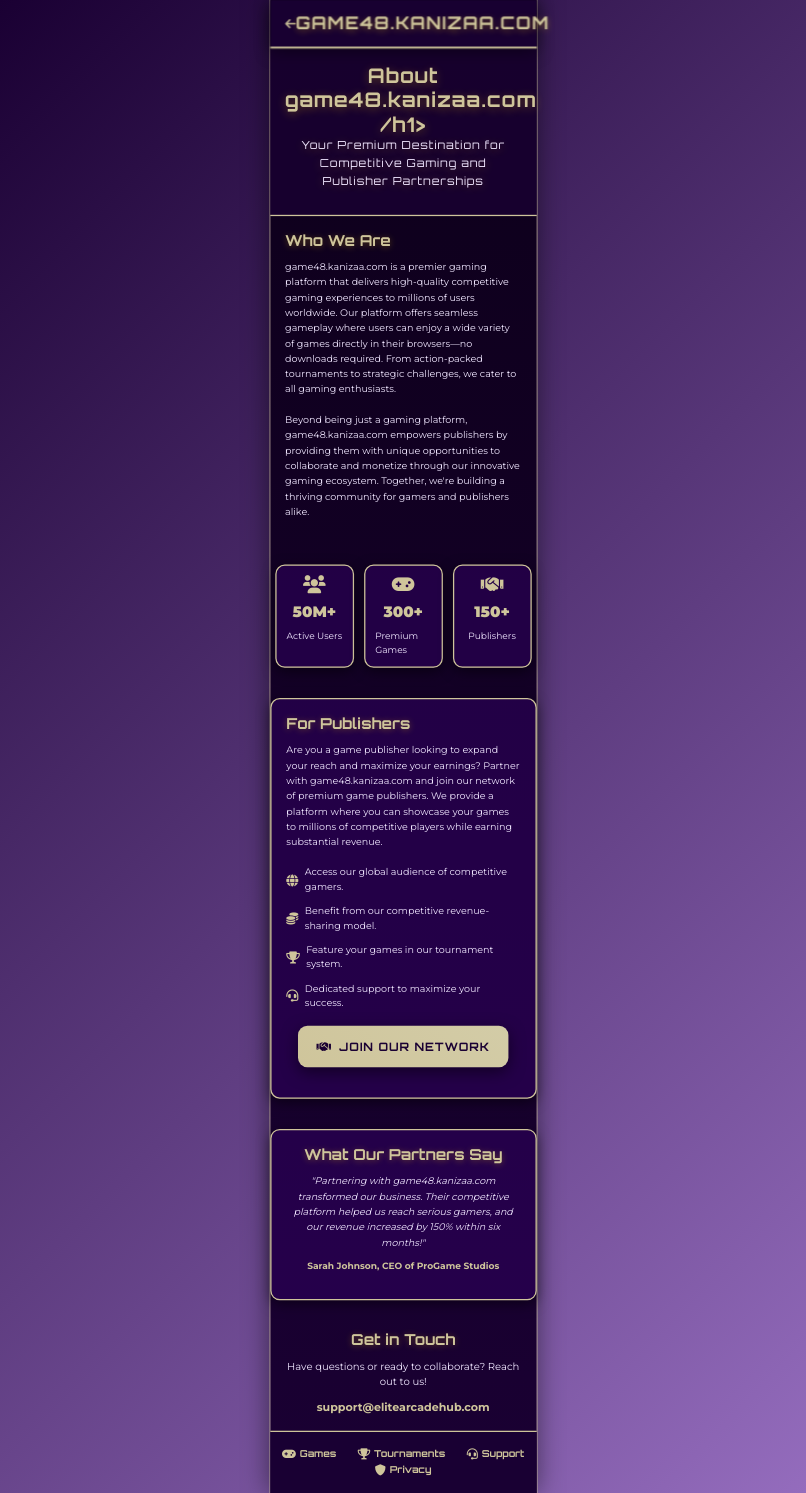
Repository: meenadabhii/game36.indianewjobs.in
Page: about.html
These files come from the project's save history. The page is drawn as it stood at one moment and after the next save; the edit follows.
The browser window is 1280 px wide. The pictures show the whole page, at 63% of full size.

Above is the page before, as saved 2025-09-24 13:50:31.

### about.html
<!DOCTYPE html>
<html lang="en">

<head>
  <meta charset="UTF-8">
  <meta name="viewport" content="width=device-width, initial-scale=1.0">
  <title>About Us -game48.kanizaa.com</title>
  <link href="https://cdn.jsdelivr.net/npm/bootstrap@5.3.0/dist/css/bootstrap.min.css" rel="stylesheet">
  <link rel="stylesheet" href="https://cdnjs.cloudflare.com/ajax/libs/font-awesome/6.0.0/css/all.min.css">
  <link
    href="https://fonts.googleapis.com/css2?family=Montserrat:wght@400;700;900&family=Orbitron:wght@400;700&display=swap"
    rel="stylesheet">


  <style>
    :root {
      --primary-dark: #1a0033;
      --primary-medium: #946cbd;
      --primary-light: #bf9fdf;
      --accent-gold: #cfc59b;
      --accent-light: #d3cca7;
      --text-light: #f0e6ff;
      --text-dark: #1a0033;
      --shadow-dark: rgba(0, 0, 0, 0.5);
      --shadow-light: rgba(255, 204, 0, 0.3);
    }

    body {
      background: linear-gradient(135deg, var(--primary-dark) 0%, var(--primary-medium) 100%);
      min-height: 100vh;
      display: flex;
      flex-direction: column;
      align-items: center;
      font-family: 'Montserrat', sans-serif;
      margin: 0;
      padding: 0;
      width: 100%;
      overflow-x: hidden;
      color: var(--text-light);
    }

    .page-wrapper {
      width: 100%;
      max-width: 425px;
      margin: 0 auto;
      background: linear-gradient(180deg, #0d001a 0%, #1a0033 100%);
      min-height: 100vh;
      display: flex;
      flex-direction: column;
      align-items: center;
      box-shadow: 0 0 40px var(--shadow-dark);
      border-left: 1px solid var(--accent-gold);
      border-right: 1px solid var(--accent-gold);
    }

    .header {
      background: rgba(26, 0, 51, 0.95);
      backdrop-filter: blur(15px);
      width: 100%;
      padding: 1rem 0;
      box-shadow: 0 5px 25px var(--shadow-dark);
      position: sticky;
      top: 0;
      z-index: 1000;
      display: flex;
      justify-content: center;
      border-bottom: 3px solid var(--accent-gold);
    }

    .header-content {
      width: 100%;
      max-width: 425px;
      margin: 0 auto;
      display: flex;
      align-items: center;
      justify-content: space-between;
      padding: 0 1.5rem;
    }

    .logo {
      font-size: 1.75rem;
      font-weight: 900;
      color: var(--accent-gold);
      text-decoration: none;
      text-transform: uppercase;
      letter-spacing: 2px;
      text-shadow: 0 2px 10px var(--shadow-light);
      transition: all 0.3s ease;
      font-family: 'Orbitron', sans-serif;
    }

    .logo:hover {
      color: var(--accent-light);
      text-shadow: 0 4px 20px var(--shadow-light);
    }

    .logo img {
      height: 50px;
      width: auto;
      display: block;
    }

    .back-btn {
      font-size: 1.2rem;
      color: var(--accent-gold);
      text-decoration: none;
      transition: all 0.3s ease;
    }

    .back-btn:hover {
      color: var(--accent-light);
      transform: translateX(-3px);
    }

    #banner-ad {
      width: 100%;
      max-width: 425px;
      margin: 0.5rem auto;
      padding: 0.5rem;
      background: rgba(51, 0, 102, 0.7);
      box-shadow: 0 4px 15px var(--shadow-dark);
      border-radius: 8px;
      position: relative;
      text-align: center;
      border: 1px solid var(--accent-gold);
    }

    #banner-ad::before {
      content: "Advertisement";
      position: absolute;
      top: 2px;
      left: 50%;
      transform: translateX(-50%);
      font-size: 0.7rem;
      font-weight: 500;
      color: var(--accent-gold);
      background: var(--primary-dark);
      padding: 0 8px;
      border-radius: 4px;
      border: 1px solid var(--accent-gold);
    }

    .about-hero {
      width: 100%;
      max-width: 425px;
      padding: 1.5rem;
      text-align: center;
      background: rgba(26, 0, 51, 0.8);
      border-bottom: 2px solid var(--accent-gold);
    }

    .hero-title {
      font-size: 2rem;
      font-weight: 900;
      color: var(--accent-gold);
      margin-bottom: 1rem;
      text-shadow: 0 3px 15px var(--shadow-light);
      letter-spacing: 1.5px;
      font-family: 'Orbitron', sans-serif;
    }

    .hero-tagline {
      font-size: 1.1rem;
      font-weight: 500;
      color: var(--text-light);
      line-height: 1.6;
    }

    .about-section {
      width: 100%;
      max-width: 425px;
      padding: 1.5rem;
    }

    .section-title {
      font-size: 1.5rem;
      font-weight: 900;
      color: var(--accent-gold);
      margin-bottom: 1rem;
      text-shadow: 0 2px 10px var(--shadow-light);
      font-family: 'Orbitron', sans-serif;
    }

    .section-text {
      font-size: 0.95rem;
      color: var(--text-light);
      line-height: 1.6;
      margin-bottom: 1.5rem;
    }

    .stats-grid {
      width: 100%;
      display: flex;
      flex-direction: column;
      gap: 1rem;
      margin: 1.5rem 0;
      padding: 0 0.5rem;
      box-sizing: border-box;
    }

    @media (min-width: 768px) {
      .stats-grid {
        display: grid;
        grid-template-columns: repeat(3, 1fr);
      }
    }

    .stat-item {
      background: rgba(51, 0, 102, 0.5);
      padding: 1rem;
      border-radius: 15px;
      display: flex;
      flex-direction: column;
      align-items: center;
      gap: 10px;
      color: var(--text-light);
      font-size: 0.95rem;
      font-weight: 700;
      transition: all 0.3s ease;
      box-shadow: 0 6px 20px var(--shadow-dark);
      border: 2px solid var(--accent-gold);
    }

    .stat-item:hover {
      transform: translateY(-5px);
      box-shadow: 0 10px 30px var(--shadow-light);
      background: rgba(51, 0, 102, 0.8);
    }

    .stat-item i {
      font-size: 1.8rem;
      color: var(--accent-gold);
    }

    .stat-item .stat-number {
      font-size: 1.5rem;
      font-weight: 900;
      color: var(--accent-gold);
    }

    .stat-item .stat-label {
      font-size: 0.9rem;
      font-weight: 500;
      color: var(--text-light);
    }

    .publisher-benefits {
      width: 100%;
      max-width: 425px;
      padding: 1.5rem;
      background: rgba(51, 0, 102, 0.5);
      border-radius: 15px;
      margin: 1.5rem 0;
      box-shadow: 0 6px 20px var(--shadow-dark);
      border: 2px solid var(--accent-gold);
    }

    .benefit-item {
      display: flex;
      align-items: center;
      gap: 10px;
      margin-bottom: 1rem;
      font-size: 0.95rem;
      color: var(--text-light);
      font-weight: 500;
      transition: transform 0.3s ease;
    }

    .benefit-item:hover {
      transform: translateX(5px);
      color: var(--accent-gold);
    }

    .benefit-item i {
      font-size: 1.2rem;
      color: var(--accent-gold);
    }

    .cta-button {
      width: 90%;
      padding: 1.2rem;
      border-radius: 15px;
      font-weight: 700;
      border: none;
      font-size: 1.15rem;
      transition: all 0.3s ease;
      display: flex;
      align-items: center;
      justify-content: center;
      gap: 12px;
      cursor: pointer;
      margin: 1.5rem auto;
      color: var(--text-dark);
      box-shadow: 0 8px 25px var(--shadow-dark);
      text-transform: uppercase;
      letter-spacing: 1.5px;
      position: relative;
      overflow: hidden;
      background: linear-gradient(45deg, var(--accent-gold), var(--accent-light));
      font-family: 'Orbitron', sans-serif;
    }

    .cta-button:hover {
      transform: translateY(-5px);
      box-shadow: 0 12px 35px var(--shadow-light);
      background: linear-gradient(45deg, var(--accent-light), #ffee99);
    }

    .cta-button::before {
      content: '';
      position: absolute;
      top: 50%;
      left: 50%;
      width: 0;
      height: 0;
      background: rgba(255, 255, 255, 0.3);
      border-radius: 50%;
      transform: translate(-50%, -50%);
      transition: width 0.5s ease, height 0.5s ease;
    }

    .cta-button:hover::before {
      width: 300px;
      height: 300px;
    }

    .testimonial-section {
      width: 100%;
      max-width: 425px;
      padding: 1.5rem;
      background: rgba(51, 0, 102, 0.5);
      border-radius: 15px;
      margin: 1.5rem 0;
      box-shadow: 0 6px 20px var(--shadow-dark);
      text-align: center;
      border: 2px solid var(--accent-gold);
    }

    .testimonial-text {
      font-size: 0.95rem;
      font-style: italic;
      color: var(--text-light);
      line-height: 1.6;
      margin-bottom: 1rem;
    }

    .testimonial-author {
      font-size: 0.9rem;
      font-weight: 700;
      color: var(--accent-gold);
    }

    .contact-section {
      width: 100%;
      max-width: 425px;
      padding: 1.5rem;
      text-align: center;
    }

    .contact-text {
      font-size: 1rem;
      color: var(--text-light);
      margin-bottom: 1rem;
    }

    .contact-email {
      font-size: 1.1rem;
      font-weight: 700;
      color: var(--accent-gold);
      text-decoration: none;
      transition: all 0.3s ease;
    }

    .contact-email:hover {
      color: var(--accent-light);
      text-shadow: 0 0 10px var(--shadow-light);
    }

    .footer-links {
      width: 100%;
      text-align: center;
      padding: 1.5rem 0;
      border-top: 2px solid var(--accent-gold);
      margin-top: auto;
      background: rgba(26, 0, 51, 0.95);
    }

    .footer-links a {
      color: var(--accent-gold);
      text-decoration: none;
      margin: 0 15px;
      font-size: 0.95rem;
      transition: all 0.3s ease;
      display: inline-flex;
      align-items: center;
      gap: 6px;
      font-weight: 700;
      font-family: 'Orbitron', sans-serif;
    }

    .footer-links a:hover {
      color: var(--accent-light);
      transform: translateY(-3px);
      text-shadow: 0 0 10px var(--shadow-light);
    }

    .footer-links a i {
      font-size: 1.1rem;
    }
  </style>
</head>

<body oncontextmenu="return false" onkeydown="return disableKeys(event)" onselectstart="return false">
  <!-- Copyright Notice -->
  <script>
    console.log("© 2025 game48.kanizaa.com  All rights reserved.");
  </script>

  <div class="page-wrapper">
    <!-- Header -->
    <header class="header">
      <div class="header-content">
        <a href="javascript:history.back()" class="back-btn"><i class="fas fa-arrow-left"></i></a>
        <a href="game.html" class="logo">
          game48.kanizaa.com
        </a>
        <div style="width: 24px;"></div> <!-- Spacer for alignment -->
      </div>
    </header>

    <!-- Banner Ad -->
    <script async src="https://pagead2.googlesyndication.com/pagead/js/adsbygoogle.js?client=ca-pub-2975369621338818"
      crossorigin="anonymous"></script>
    <!-- d7 -->
    <ins class="adsbygoogle" style="display:block" data-ad-client="ca-pub-2975369621338818" data-ad-slot="6830065714"
      data-ad-format="auto" data-full-width-responsive="true"></ins>
    <script>
      (adsbygoogle = window.adsbygoogle || []).push({});
    </script>


    <!-- Hero Section -->
    <div class="about-hero">
      <h1 class="hero-title">About game48.kanizaa.com /h1>
        <p class="hero-tagline">Your Premium Destination for Competitive Gaming and Publisher Partnerships</p>
    </div>

    <!-- About game48.kanizaa.com Section -->
    <div class="about-section">
      <h2 class="section-title">Who We Are</h2>
      <p class="section-text">
        game48.kanizaa.com is a premier gaming platform that delivers high-quality competitive gaming experiences to
        millions of
        users worldwide. Our platform offers seamless gameplay where users can enjoy a wide variety of games directly in
        their browsers—no downloads required. From action-packed tournaments to strategic challenges, we cater to all
        gaming enthusiasts.
      </p>
      <p class="section-text">
        Beyond being just a gaming platform, game48.kanizaa.com empowers publishers by providing them with unique
        opportunities to
        collaborate and monetize through our innovative gaming ecosystem. Together, we're building a thriving community
        for gamers and publishers alike.
      </p>
    </div>

    <script async src="https://pagead2.googlesyndication.com/pagead/js/adsbygoogle.js?client=ca-pub-2975369621338818"
      crossorigin="anonymous"></script>
    <!-- d10 -->
    <ins class="adsbygoogle" style="display:block" data-ad-client="ca-pub-2975369621338818" data-ad-slot="4012330680"
      data-ad-format="auto" data-full-width-responsive="true"></ins>
    <script>
      (adsbygoogle = window.adsbygoogle || []).push({});
    </script>

    <!-- Stats Section -->
    <div class="stats-grid">
      <div class="stat-item">
        <i class="fas fa-users"></i>
        <div class="stat-number">50M+</div>
        <div class="stat-label">Active Users</div>
      </div>
      <div class="stat-item">
        <i class="fas fa-gamepad"></i>
        <div class="stat-number">300+</div>
        <div class="stat-label">Premium Games</div>
      </div>
      <div class="stat-item">
        <i class="fas fa-handshake"></i>
        <div class="stat-number">150+</div>
        <div class="stat-label">Publishers</div>
      </div>
    </div>

    <!-- For Publishers Section -->
    <div class="publisher-benefits">
      <h2 class="section-title">For Publishers</h2>
      <p class="section-text">
        Are you a game publisher looking to expand your reach and maximize your earnings? Partner with
        game48.kanizaa.com and join
        our network of premium game publishers. We provide a platform where you can showcase your games to millions of
        competitive players while earning substantial revenue.
      </p>
      <div class="benefit-item">
        <i class="fas fa-globe"></i>
        <span>Access our global audience of competitive gamers.</span>
      </div>
      <div class="benefit-item">
        <i class="fas fa-coins"></i>
        <span>Benefit from our competitive revenue-sharing model.</span>
      </div>
      <div class="benefit-item">
        <i class="fas fa-trophy"></i>
        <span>Feature your games in our tournament system.</span>
      </div>
      <div class="benefit-item">
        <i class="fas fa-headset"></i>
        <span>Dedicated support to maximize your success.</span>
      </div>
      <button class="cta-button" onclick="window.location.href='mailto:support@elitearcadehub.com'">
        <i class="fas fa-handshake"></i> Join Our Network
      </button>
    </div>

    <!-- Testimonial Section -->
    <div class="testimonial-section">
      <h2 class="section-title">What Our Partners Say</h2>
      <p class="testimonial-text">
        "Partnering with game48.kanizaa.com transformed our business. Their competitive platform helped us reach serious
        gamers,
        and our revenue increased by 150% within six months!"
      </p>
      <p class="testimonial-author">Sarah Johnson, CEO of ProGame Studios</p>
    </div>

    <!-- Contact Section -->
    <div class="contact-section">
      <h2 class="section-title">Get in Touch</h2>
      <p class="contact-text">Have questions or ready to collaborate? Reach out to us!</p>
      <a href="mailto:support@elitearcadehub.com" class="contact-email">support@elitearcadehub.com</a>
    </div>

    <!-- Footer -->
    <div class="footer-links">
      <a href="game.html"><i class="fas fa-gamepad"></i> Games</a>
      <a href="tournaments.html"><i class="fas fa-trophy"></i> Tournaments</a>
      <a href="support.html"><i class="fas fa-headset"></i> Support</a>
      <a href="privacy.html"><i class="fas fa-shield-alt"></i> Privacy</a>
    </div>
  </div>

  <!-- Scripts -->
  <script src="https://cdn.jsdelivr.net/npm/bootstrap@5.3.0/dist/js/bootstrap.bundle.min.js"></script>
  <script>
    // Disable right-click
    document.addEventListener('contextmenu', function (e) {
      e.preventDefault();
      alert('Right-click is disabled to protect our content.');
    });

    // Disable keyboard shortcuts (Ctrl+U, Ctrl+Shift+I, F12, etc.)
    function disableKeys(e) {
      if (
        (e.ctrlKey && (e.key === 'u' || e.key === 's' || e.key === 'c' || e.key === 'i' || e.key === 'j')) ||
        e.key === 'F12' ||
        (e.metaKey && e.altKey && e.key === 'i')
      ) {
        e.preventDefault();
        alert('Access to developer tools and source code is disabled to protect our content.');
        return false;
      }
      return true;
    }

    // Disable text selection
    document.addEventListener('selectstart', function (e) {
      e.preventDefault();
    });

    // Disable drag and drop
    document.addEventListener('dragstart', function (e) {
      e.preventDefault();
    });
  </script>
</body>

</html>

After the next save:
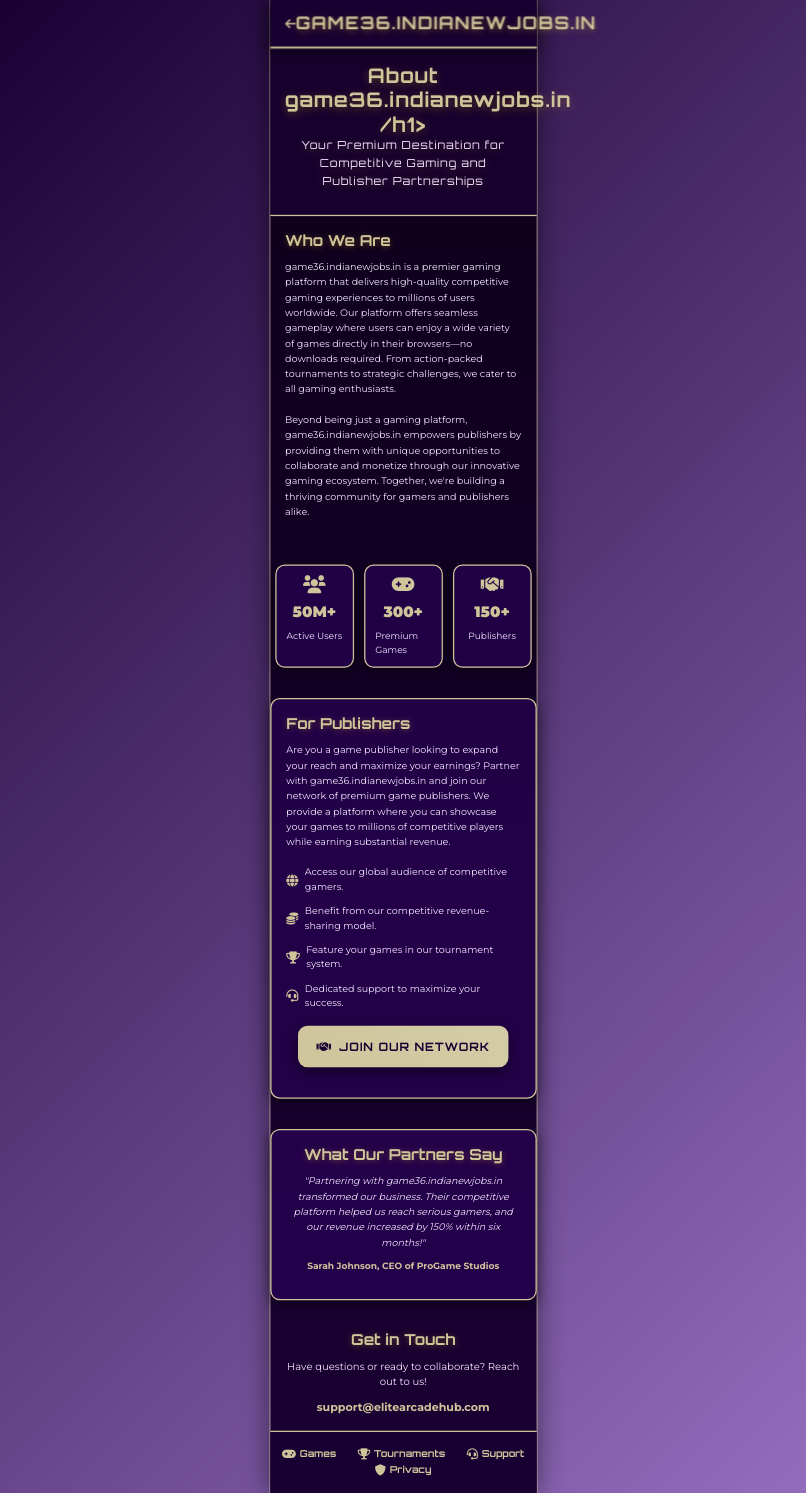
Saved 10 s later.
--- a/about.html
+++ b/about.html
@@ -4,7 +4,7 @@
 <head>
   <meta charset="UTF-8">
   <meta name="viewport" content="width=device-width, initial-scale=1.0">
-  <title>About Us -game48.kanizaa.com</title>
+  <title>About Us -game36.indianewjobs.in</title>
   <link href="https://cdn.jsdelivr.net/npm/bootstrap@5.3.0/dist/css/bootstrap.min.css" rel="stylesheet">
   <link rel="stylesheet" href="https://cdnjs.cloudflare.com/ajax/libs/font-awesome/6.0.0/css/all.min.css">
   <link
@@ -413,7 +413,7 @@
 <body oncontextmenu="return false" onkeydown="return disableKeys(event)" onselectstart="return false">
   <!-- Copyright Notice -->
   <script>
-    console.log("© 2025 game48.kanizaa.com  All rights reserved.");
+    console.log("© 2025 game36.indianewjobs.in  All rights reserved.");
   </script>
 
   <div class="page-wrapper">
@@ -422,7 +422,7 @@
       <div class="header-content">
         <a href="javascript:history.back()" class="back-btn"><i class="fas fa-arrow-left"></i></a>
         <a href="game.html" class="logo">
-          game48.kanizaa.com
+          game36.indianewjobs.in
         </a>
         <div style="width: 24px;"></div> <!-- Spacer for alignment -->
       </div>
@@ -441,22 +441,22 @@
 
     <!-- Hero Section -->
     <div class="about-hero">
-      <h1 class="hero-title">About game48.kanizaa.com /h1>
+      <h1 class="hero-title">About game36.indianewjobs.in /h1>
         <p class="hero-tagline">Your Premium Destination for Competitive Gaming and Publisher Partnerships</p>
     </div>
 
-    <!-- About game48.kanizaa.com Section -->
+    <!-- About game36.indianewjobs.in Section -->
     <div class="about-section">
       <h2 class="section-title">Who We Are</h2>
       <p class="section-text">
-        game48.kanizaa.com is a premier gaming platform that delivers high-quality competitive gaming experiences to
+        game36.indianewjobs.in is a premier gaming platform that delivers high-quality competitive gaming experiences to
         millions of
         users worldwide. Our platform offers seamless gameplay where users can enjoy a wide variety of games directly in
         their browsers—no downloads required. From action-packed tournaments to strategic challenges, we cater to all
         gaming enthusiasts.
       </p>
       <p class="section-text">
-        Beyond being just a gaming platform, game48.kanizaa.com empowers publishers by providing them with unique
+        Beyond being just a gaming platform, game36.indianewjobs.in empowers publishers by providing them with unique
         opportunities to
         collaborate and monetize through our innovative gaming ecosystem. Together, we're building a thriving community
         for gamers and publishers alike.
@@ -496,7 +496,7 @@
       <h2 class="section-title">For Publishers</h2>
       <p class="section-text">
         Are you a game publisher looking to expand your reach and maximize your earnings? Partner with
-        game48.kanizaa.com and join
+        game36.indianewjobs.in and join
         our network of premium game publishers. We provide a platform where you can showcase your games to millions of
         competitive players while earning substantial revenue.
       </p>
@@ -525,7 +525,7 @@
     <div class="testimonial-section">
       <h2 class="section-title">What Our Partners Say</h2>
       <p class="testimonial-text">
-        "Partnering with game48.kanizaa.com transformed our business. Their competitive platform helped us reach serious
+        "Partnering with game36.indianewjobs.in transformed our business. Their competitive platform helped us reach serious
         gamers,
         and our revenue increased by 150% within six months!"
       </p>
